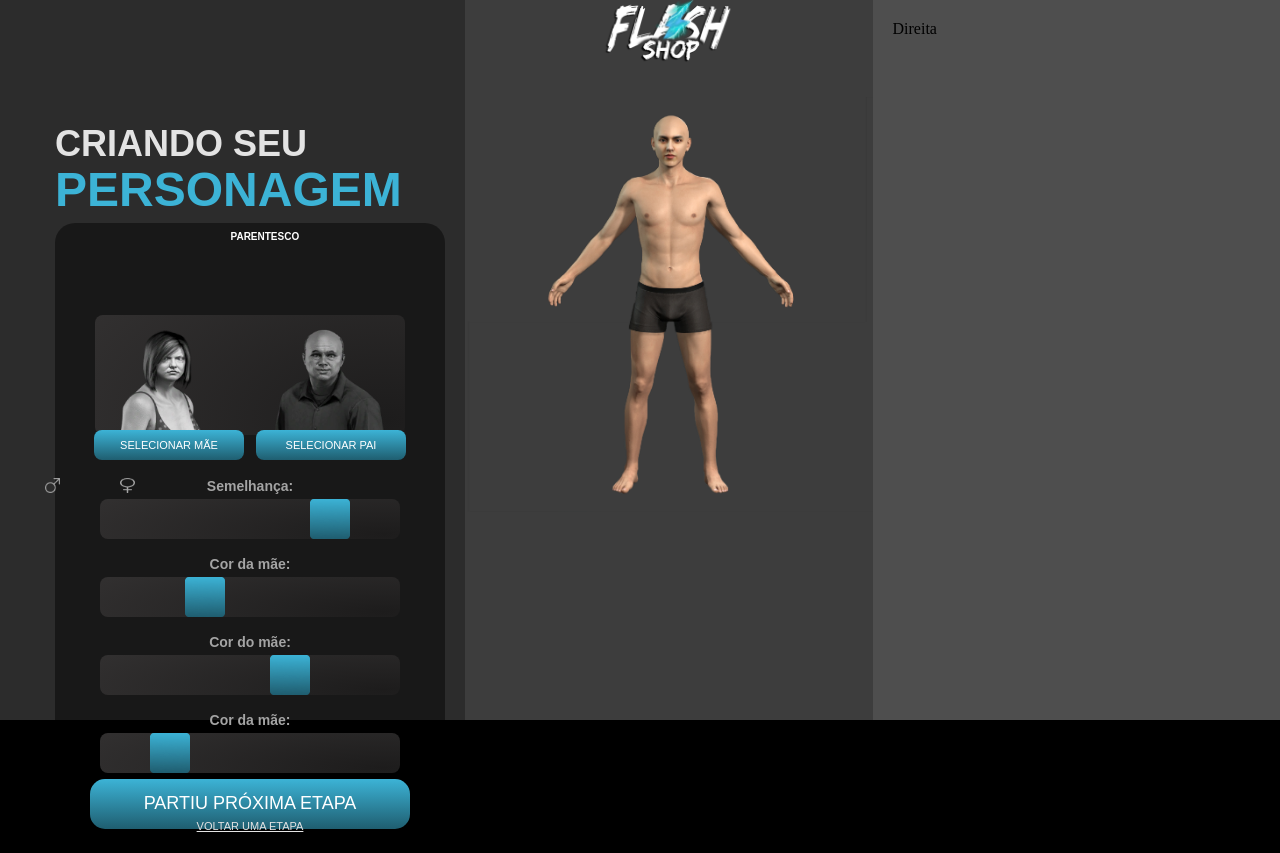
Repository: DuMCorrea/CriandoPerso
Page: index.html
These files come from the project's save history. The page is drawn as it stood at one moment and after the next save; the edit follows.
The browser window is 1280 px wide. The pictures show the whole page.

Above is the page before, as saved 2024-08-29 16:19:52.

### index.html
<!DOCTYPE html>
<html lang="en">
<head>
    <meta charset="UTF-8">
    <meta name="viewport" content="width=device-width, initial-scale=1.0">
    <title>Dividindo a Tela com Imagens</title>
    <link rel="stylesheet" href="styles.css">
</head>
<body>
    <div class="container">
        <div class="left">
            <h1 class="title">
                <span class="part1">CRIANDO SEU</span>
                <span class="part2">PERSONAGEM</span>
            </h1>
            <div class="vertical-rectangle">
                <h2 class="relationship-title">PARENTESCO</h2>
                <div class="image-rectangle">
                    <img src="assets/mulher.png" alt="Imagem 1" class="rectangle-image">
                    <img src="assets/homem.png" alt="Imagem 2" class="rectangle-image">
                </div>
                <div class="button-group">
                    <button class="top-button">SELECIONAR MÃE</button>
                    <button class="top-button">SELECIONAR PAI</button>
                </div>
                <div class="rectangles-group">
                    <div class="image-container">
                        <img src="assets/Fem.png" alt="Imagem 1" class="small-image left-image">
                        <img src="assets/Masc.png" alt="Imagem 2" class="small-image right-image">
                    </div>
                    <div class="rectangle-title">Semelhança:</div>
                    <div class="gradient-rectangle">
                        <img src="assets/quadradoAzul.png" alt="Imagem 1" class="small-image1">
                    </div>

                    <div class="rectangle-title">Cor da mãe:</div>
                    <div class="gradient-rectangle">
                        <img src="assets/quadradoAzul.png" alt="Imagem 2" class="small-image2">
                    </div>

                    <div class="rectangle-title">Cor do mãe:</div>
                    <div class="gradient-rectangle">
                        <img src="assets/quadradoAzul.png" alt="Imagem 3" class="small-image3">
                    </div>

                    <div class="rectangle-title">Cor da mãe:</div>
                    <div class="gradient-rectangle">
                        <img src="assets/quadradoAzul.png" alt="Imagem 4" class="small-image4">
                    </div>
                </div>
                <button class="rectangle-button">PARTIU PRÓXIMA ETAPA</button>
                <button class="back-button">VOLTAR UMA ETAPA</button>
            </div>
        </div>
        <div class="center">
            <img src="assets/FlashStore 1 (1).png" alt="Imagem 1" class="top-image">
            <img src="assets/boneco 2.png" alt="Imagem 2" class="center-image">
        </div>
        <div class="right">Direita</div>
    </div>
</body>

</html>

### styles.css
body, html {
    margin: 0;
    padding: 0;
    height: 100%;
    display: flex;
    justify-content: center;
    align-items: center;
    background-color: #000; /* Fundo escuro */
}

.container {
    display: flex;
    width: 100%;
    height: 100%;
}

.container > div {
    flex: 1; /* Cada div ocupa 1/3 do espaço disponível */
    height: 100%;
    padding: 20px;
    box-sizing: border-box;
}



/* PARTE ESQUERDA */



.left {
    background-color: #2c2c2c;
    display: flex;
    flex-direction: column;
    justify-content: flex-start;
    align-items: flex-start;

}

.title {
    margin: 100px 0 0 0; /* Adiciona margem superior para mover o título para baixo */
    padding: 0;
}

.part1 {
    font-family: 'Baloo Bhai', sans-serif;
    font-size: 36px;
    font-weight: 700; /* Aumenta o peso da fonte para deixá-la mais grossa */
    line-height: 48px;
    text-align: left;
    color: #E3E3E3;
    display: block;
    margin-bottom: -10px; /* Reduz a distância entre as duas partes do título */
    margin-left: 35px;
}

.part2 {
    font-family: 'Baloo Bhai', sans-serif;
    font-size: 48px;
    font-weight: 700; /* Aumenta o peso da fonte para deixá-la mais grossa */
    line-height: 64px;
    text-align: left;
    color: #3CB3D6;
    display: block;
    margin-left: 35px;
}

.vertical-rectangle {
    width: 390px; /* Largura do retângulo */
    height: 660px; /* Altura do retângulo */
    background: #00000075; /* Cor de fundo com opacidade */
    border-radius: 20px; /* Bordas arredondadas */
    margin-left: 35px; /* Alinhamento com o título */
    margin-top: 1px; /* Espaço entre o título e o retângulo */
    display: flex;
    flex-direction: column;
    justify-content: space-between; /* Distribui o espaço */
    align-items: center; /* Centraliza os conteúdos */
}


.rectangle-button {
    width: 320px; /* Largura do botão */
    height: 50px; /* Altura do botão */
    background: linear-gradient(180deg, #3CB3D6 0%, #1F5E70 100%); /* Gradiente de cor */
    border-radius: 15px; /* Bordas arredondadas */
    border: none; /* Remove borda padrão do botão */
    color: white; /* Cor do texto */
    font-family: 'Baloo Bhai', sans-serif;
    font-size: 18px; /* Tamanho do texto */
    display: flex;
    justify-content: center; /* Centraliza horizontalmente */
    align-items: center; /* Centraliza verticalmente */
    margin-bottom: -15px; /* Ajusta o espaçamento superior */
    cursor: pointer;
}

.back-button {
    background: none; /* Remove o fundo */
    border: none; /* Remove a borda */
    color: #E3E3E3; /* Cor do texto */
    font-family: 'Baloo Bhai', sans-serif;
    font-size: 11px; /* Tamanho do texto */
    margin-bottom: 20px; /* Espaçamento superior ajustado */
    text-decoration: underline; /* Adiciona sublinhado */
    cursor: pointer; /* Muda o cursor ao passar por cima */
}


.button-group {
    display: flex;
    justify-content: space-between; /* Espaça os botões igualmente */
    width: 0%; /* Largura igual à do retângulo */
    padding: 10px 20px; /* Adiciona espaçamento ao redor dos botões */
}

.top-button {
    width: 50px; /* Largura dos botões */
    height: 40px; /* Altura dos botões */
    background: linear-gradient(180deg, #3CB3D6 0%, #1F5E70 100%); /* Gradiente de cor */
    border-radius: 15px; /* Bordas arredondadas */
    border: none; /* Remove borda padrão do botão */
    color: white; /* Cor do texto */
    font-family: 'Baloo Bhai', sans-serif;
    font-size: 16px; /* Tamanho do texto */
    display: flex;
    justify-content: center; /* Centraliza horizontalmente */
    align-items: center; /* Centraliza verticalmente */
    cursor: pointer;
}




.gradient-rectangle {
    width: 300px; /* Largura igual ao botão */
    height: 40px; /* Altura padrão para cada retângulo, ajuste conforme necessário */
    background: radial-gradient(547.21% 823.76% at 94.51% 88.04%, #1D1C1C 0%, #837E7E 100%);
    border-radius: 8px; /* Bordas arredondadas, igual ao botão */
    margin-bottom: 1px; /* Diminui a distância entre os retângulos */
    margin-top: 38px;
    margin-left: 0px;
}

.rectangle-title {
    width: 300px; /* Largura igual ao botão e retângulos */
    height: 30px; /* Altura do título */
    border-radius: 8px; /* Bordas arredondadas */
    display: flex;
    align-items: center; /* Centraliza verticalmente o texto */
    justify-content: center; /* Centraliza horizontalmente o texto */
    color: #A4A4A4; /* Cor do texto */
    font-weight: 700;
    font-family: 'Baloo Bhai', sans-serif;
    font-size: 14px; /* Tamanho do texto */
    margin-bottom: -40px; /* Espaçamento entre o título e o retângulo */
    margin-top: 10px;

}

.image-container {
    width: 50%;
    display: flex;
    justify-content: space-between; /* Coloca uma imagem em cada lado */
    position: absolute; /* As imagens ficam fora do fluxo normal */
    top: 33px; /* Ajusta a posição acima do retângulo */
    padding: 0 10px; /* Espaçamento lateral entre as bordas */
}

.small-image {
    width: 15px; /* Define o tamanho da imagem */
    height: 15px;
}

.left-image {
    position: relative;
    left: 10px;
    top: 445px;
}

.right-image {
    position: relative;
    right: 690px;
    top: 445px
}

.small-image1 {
    width: 40px;
    height: 40px;
    left: 210px;
    position: relative;
}
.small-image2 {
    width: 40px;
    height: 40px;
    left: 85px;
    position: relative;
}
.small-image3 {
    width: 40px;
    height: 40px;
    left: 170px;
    position: relative;
}
.small-image4 {
    width: 40px;
    height: 40px;
    left: 50px;
    position: relative;
}

.button-group {
    display: flex;
    justify-content: space-between; /* Espaça os botões igualmente */
    width: 80%; /* Largura do grupo de botões */
    height: 1%;
    top: 40px;
    position: relative;
}

.top-button {
    width: 150px; /* Largura dos botões */
    height: 30px; /* Altura dos botões */
    background: linear-gradient(180deg, #3CB3D6 0%, #1F5E70 100%); /* Gradiente de cor */
    border-radius: 8px; /* Bordas arredondadas */
    border: none; /* Remove borda padrão do botão */
    color: white; /* Cor do texto */
    font-family: 'Baloo Bhai', sans-serif;
    font-size: 11px; /* Tamanho do texto */
    cursor: pointer;
}

.rectangles-group {
    margin-top: 50px; /* Ajusta o espaçamento superior */
}

.image-rectangle {
    width: 290px; /* Largura do retângulo */
    height: 120px; /* Altura do retângulo */
    background: radial-gradient(547.21% 823.76% at 94.51% 88.04%, #1D1C1C 0%, #837E7E 100%); /* Gradiente de fundo */
    border-radius: 8px; /* Bordas arredondadas */
    display: flex;
    justify-content: space-between; /* Espaça as imagens igualmente */
    align-items: center; /* Centraliza verticalmente */
    padding: 0 10px; /* Espaçamento lateral interno */
    position: relative;
    top: 60px;
}

.rectangle-image {
    width: 110px; /* Largura das imagens */
    height: 110px; /* Altura das imagens */
    position: relative;
    right: 10px;
    top: 3px;
}

.relationship-title {
    width: 10%; /* Largura completa do contêiner pai */
    color: #FFFFFF; /* Cor do texto, ajuste se necessário */
    text-align: center; /* Centraliza o texto */
    font-family: 'Baloo Bhai', sans-serif;
    font-size: 10px; /* Tamanho do texto */
    font-weight: 700; /* Peso da fonte */
}

/* PARTE CENTRAL */



.center {
    background-color: #3d3d3d; /* Cor de fundo para a div central */
    display: flex;
    flex-direction: column;
    align-items: center;
    justify-content: space-between; /* Distribui o espaço entre as imagens */
}


.top-image {
    max-width: 40%;
    height: auto;
    margin-top: -60px;
}

.center-image {
    max-width: 200%;
    height: auto;
    margin-top: auto; /* Centraliza verticalmente */
    margin-bottom: 200px;
}


/* PARTE DIREITA */



.right {
    background-color: #4e4e4e; /* Cor de fundo para a div direita */
}

After the next save:
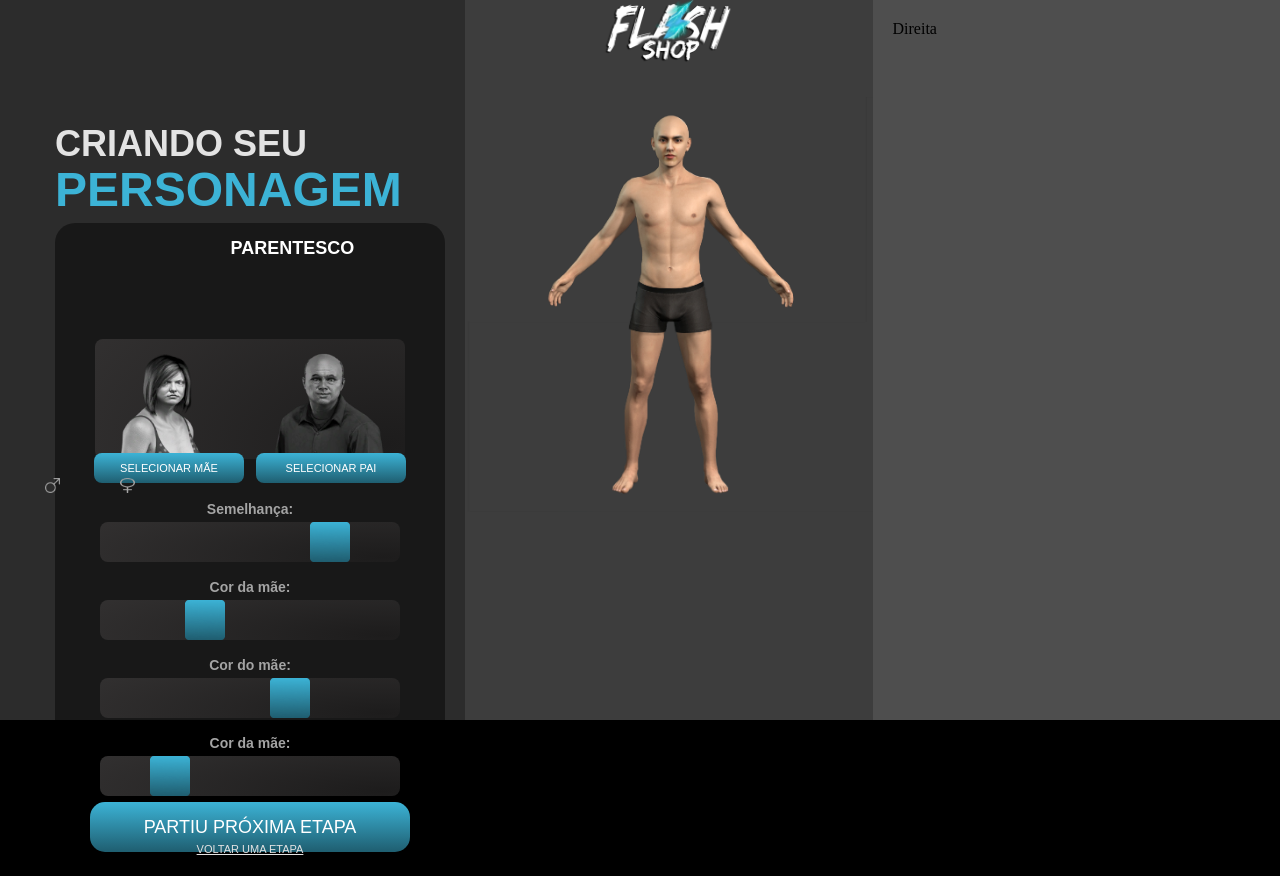
Saved 7 s later.
--- a/styles.css
+++ b/styles.css
@@ -259,7 +259,7 @@
     color: #FFFFFF; /* Cor do texto, ajuste se necessário */
     text-align: center; /* Centraliza o texto */
     font-family: 'Baloo Bhai', sans-serif;
-    font-size: 10px; /* Tamanho do texto */
+    font-size: 18px; /* Tamanho do texto */
     font-weight: 700; /* Peso da fonte */
 }
 
